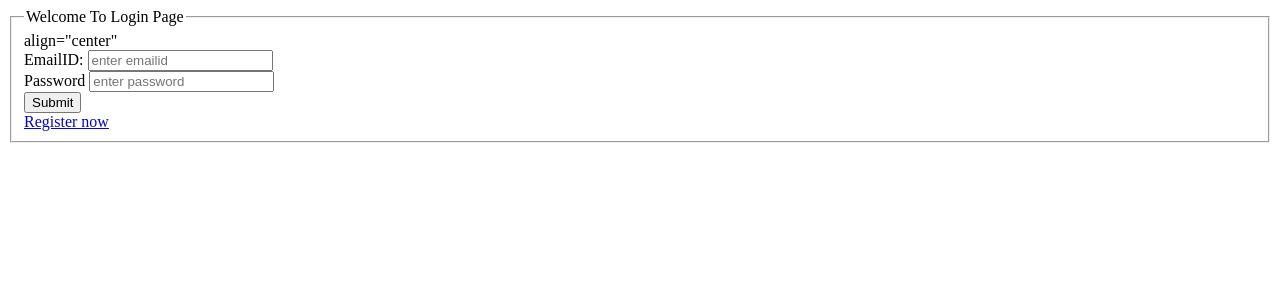
Repository: Tharungandhi/ServeltProject
Page: LginRegistrationApp/WebContent/login.html
The author's editor kept a copy of each file at every save. The page is drawn from the files as they stood at one save, then again after the next save.
The browser window is 1280 px wide. The pictures show the whole page.

Above is the page before, as saved 2019-01-22 10:28:29.

### LginRegistrationApp/WebContent/login.html
<!DOCTYPE html>
<html>
<head>
<meta charset="UTF-8">
<title>Login Page</title>
</head>
<body>
<form action="login" method="post">

<fieldset>
<legend>Welcome To Login Page</legend>
<div>align="center"</div>
<div>
<label>EmailID:</label>
<input type="email" name="emailid"  placeholder="enter emailid" value="" required/> </div>
<div>
<label>Password</label>
<input type="password" name="password"  placeholder="enter password" value="" required/>
</div>
<input type="submit" name="submit"/>
<div>
<a href=registration.html> Register now </a> </div>
</fieldset>
</form>
</body>
</html>

After the next save:
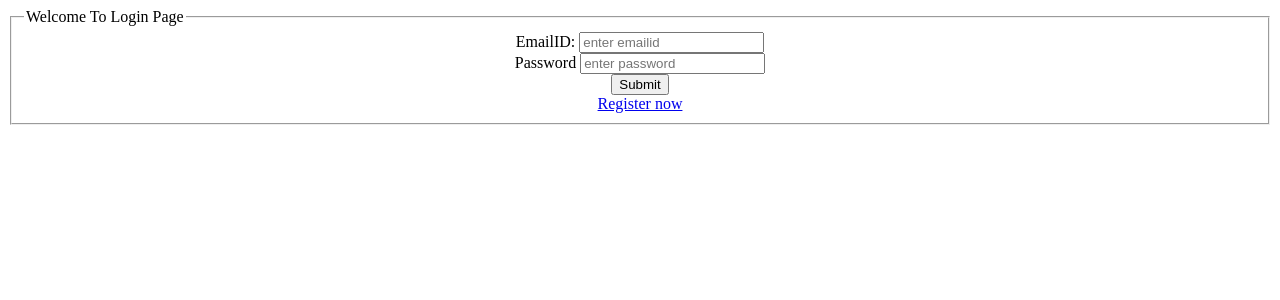
Saved 54 s later.
--- a/LginRegistrationApp/WebContent/login.html
+++ b/LginRegistrationApp/WebContent/login.html
@@ -9,7 +9,7 @@
 
 <fieldset>
 <legend>Welcome To Login Page</legend>
-<div>align="center"</div>
+<div align="center">
 <div>
 <label>EmailID:</label>
 <input type="email" name="emailid"  placeholder="enter emailid" value="" required/> </div>
@@ -20,6 +20,7 @@
 <input type="submit" name="submit"/>
 <div>
 <a href=registration.html> Register now </a> </div>
+</div>
 </fieldset>
 </form>
 </body>
